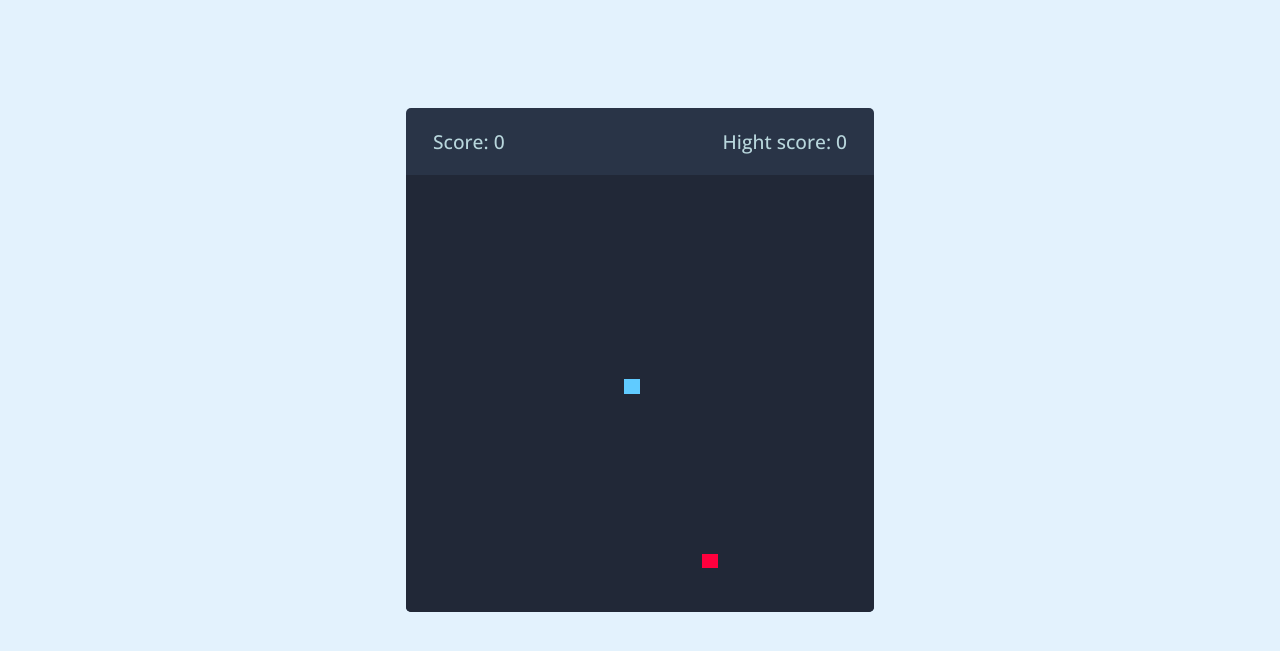
Repository: litaiqiang1407/JS
Page: Snake Game/index.html
The author's editor kept a copy of each file at every save. The page is drawn from the files as they stood at one save, then again after the next save.
The browser window is 1280 px wide. The pictures show the whole page.

Above is the page before, as saved 2023-05-17 14:53:52.

### Snake Game/index.html
<!DOCTYPE html>
<html lang="en">
  <head>
    <meta charset="UTF-8" />
    <meta http-equiv="X-UA-Compatible" content="IE=edge" />
    <meta name="viewport" content="width=device-width, initial-scale=1.0" />
    <title>Snake Game</title>
    <link rel="stylesheet" href="style.css" />
    <link
      rel="stylesheet"
      href="./font-icon/fontawesome-free-6.3.0-web/css/all.min.css"
    />
  </head>
  <body>
    <div class="wrapper">
      <div class="game-details">
        <span class="score">Score: 0</span>
        <span class="hight-score">Hight Score: 0</span>
      </div>
      <div class="play-board"></div>
      <div class="controls">
        <i data-key="ArrowLeft" class="fa-sharp fa-solid fa-arrow-left"></i>
        <i data-key="ArrowUp" class="fa-sharp fa-solid fa-arrow-up"></i>
        <i data-key="ArrowDown" class="fa-sharp fa-solid fa-arrow-down"></i>
        <i data-key="ArrowRight" class="fa-sharp fa-solid fa-arrow-right"></i>
      </div>
    </div>
    <script src="./script.js"></script>
  </body>
</html>

### Snake Game/style.css
@import url("https://fonts.googleapis.com/css2?family=Open+Sans:wght@400;500;600;700&display=swap");

* {
  margin: 0;
  padding: 0;
  box-sizing: border-box;
  font-family: "Open Sans", sans-serif;
}

body {
  display: flex;
  justify-content: center;
  align-items: center;
  min-height: 100vh;
  background: #e3f2fd;
}

.wrapper {
  width: 65vmin;
  height: 70vmin;
  display: flex;
  flex-direction: column;
  overflow: hidden;
  border-radius: 5px;
  background: #293447;
}
.game-details {
  color: #b8d6dc;
  font-size: 1.2rem;
  font-weight: 500;
  padding: 20px 27px;
  display: flex;
  justify-content: space-between;
}

.play-board {
  height: 100%;
  width: 100%;
  display: grid;
  grid-template: repeat(30, 1fr) / repeat(30, 1fr);
  background: #212837;
}

.play-board .food {
  background: #ff003d;
}

.play-board .snake {
  background: #60cbff;
}

.controls {
  display: none;
  justify-content: space-between;
}

.controls i {
  padding: 25px 0;
  color: #b8d6dc;
  text-align: center;
  cursor: pointer;
  font-size: 1.3rem;
  width: calc(100% / 4);
  border-right: 1px solid #171b26;
}

### Snake Game/script.js
const playBoard = document.querySelector(".play-board");
const scoreElement = document.querySelector(".score");
const hightScoreElement = document.querySelector(".hight-score");
const controlsElements = document.querySelectorAll(".controls i");

let foodX;
let foodY;

let snakeX = 15;
let snakeY = 15;

let velocityX = 0;
let velocityY = 0;

let bodySnake = [];

let score = 0;
let hightScore = localStorage.getItem("hight-score") || 0;
hightScoreElement.innerText = `Hight score: ${hightScore}`;

let setIntervalId;
let gameOver = false;

const controlDirectionSnake = (e) => {
  if (e.key === "ArrowRight" && velocityX != -1) {
    velocityX = 1;
    velocityY = 0;
  } else if (e.key === "ArrowLeft" && velocityX != 1) {
    velocityX = -1;
    velocityY = 0;
  } else if (e.key === "ArrowUp" && velocityY != 1) {
    velocityX = 0;
    velocityY = -1;
  } else if (e.key === "ArrowDown" && velocityY != -1) {
    velocityX = 0;
    velocityY = 1;
  }
};

const changePositionFood = () => {
  foodX = Math.floor(Math.random() * 30) + 1;
  foodY = Math.floor(Math.random() * 30) + 1;
};

const handleGameOver = () => {
  clearInterval(setIntervalId);
  alert("Game Over !!!!!!!!!!");
  location.reload();
};

function initGame() {
  if (gameOver) return handleGameOver();

  let htmlMarkup = `<div class="food" style="grid-area: ${foodY} / ${foodX}"></div>`;

  if (snakeX === foodX && snakeY === foodY) {
    changePositionFood();
    bodySnake.push([foodX, foodY]);
    score++;
    hightScore = score > hightScore ? score : hightScore;
    localStorage.setItem("hight-score", hightScore);
    scoreElement.innerText = `Score: ${score}`;
  }

  for (let i = bodySnake.length - 1; i > 0; i--) {
    bodySnake[i] = bodySnake[i - 1];
  }

  bodySnake[0] = [snakeX, snakeY];
  snakeX += velocityX;
  snakeY += velocityY;

  if (snakeX > 30 || snakeX < 1 || snakeY < 1 || snakeY > 30) {
    gameOver = true;
  }

  for (let i = 0; i < bodySnake.length; i++) {
    htmlMarkup += `<div class="snake" style="grid-area: ${bodySnake[i][1]} / ${bodySnake[i][0]}"></div>`;

    if (
      i !== 0 &&
      bodySnake[0][0] === bodySnake[i][0] &&
      bodySnake[0][1] === bodySnake[i][1]
    ) {
      gameOver = true;
    }
  }
  playBoard.innerHTML = htmlMarkup;
}

changePositionFood();
setIntervalId = setInterval(initGame, 125);
document.addEventListener("keydown", controlDirectionSnake);

After the next save:
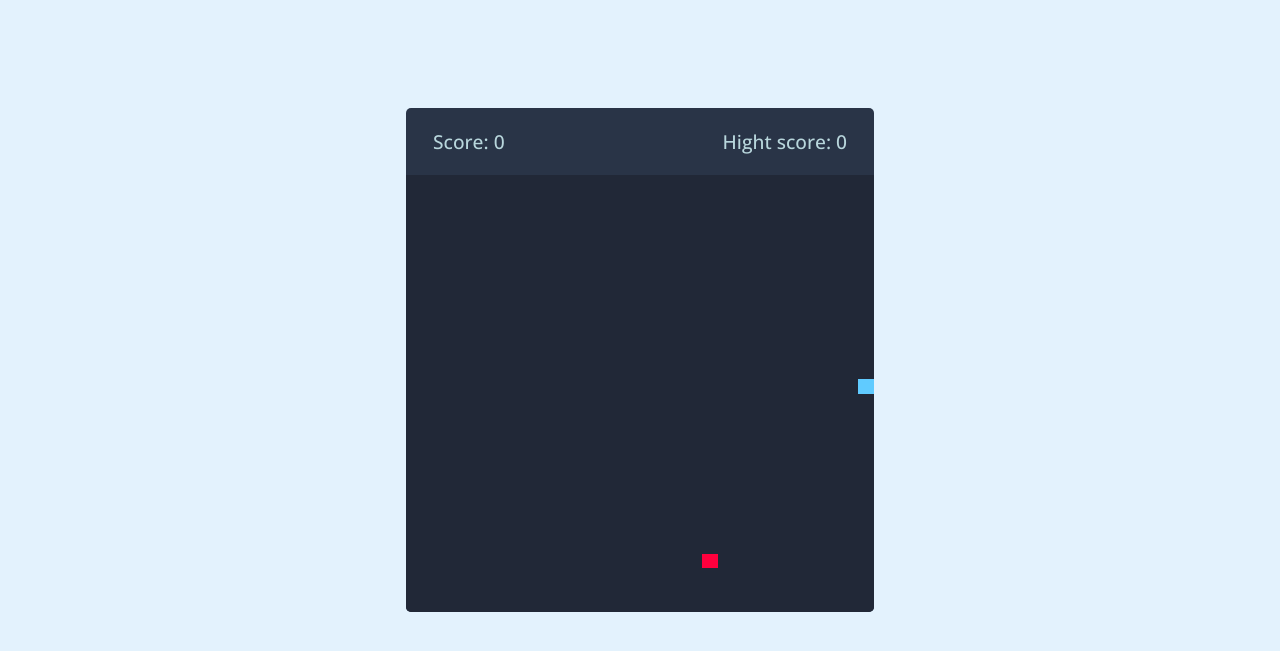
Saved 4 min 46 s later.
--- a/Snake Game/script.js
+++ b/Snake Game/script.js
@@ -48,6 +48,10 @@
   location.reload();
 };
 
+controlsElements.forEach((key) => {
+  controlDirectionSnake({ key: key.dataset.key });
+});
+
 function initGame() {
   if (gameOver) return handleGameOver();
 

After the save that followed:
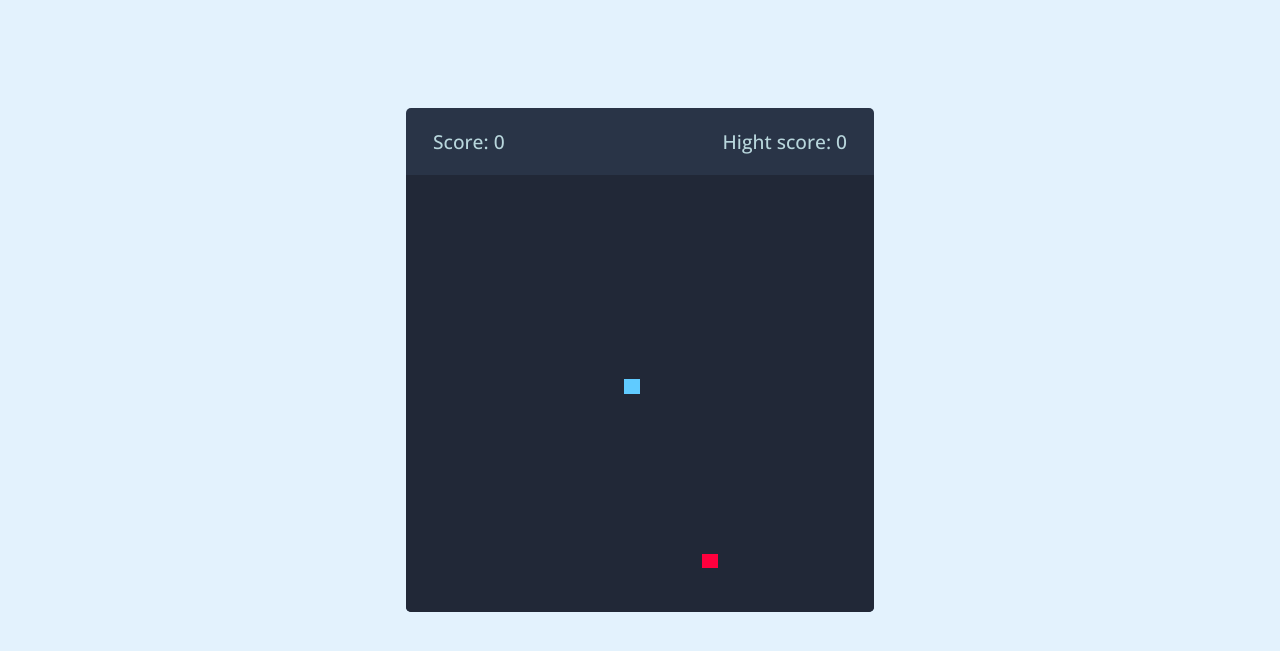
Saved 2 min 1 s later.
--- a/Snake Game/script.js
+++ b/Snake Game/script.js
@@ -48,9 +48,9 @@
   location.reload();
 };
 
-controlsElements.forEach((key) => {
-  controlDirectionSnake({ key: key.dataset.key });
-});
+// controlsElements.forEach((key) => {
+//   controlDirectionSnake({ key: key.dataset.key });
+// });
 
 function initGame() {
   if (gameOver) return handleGameOver();
